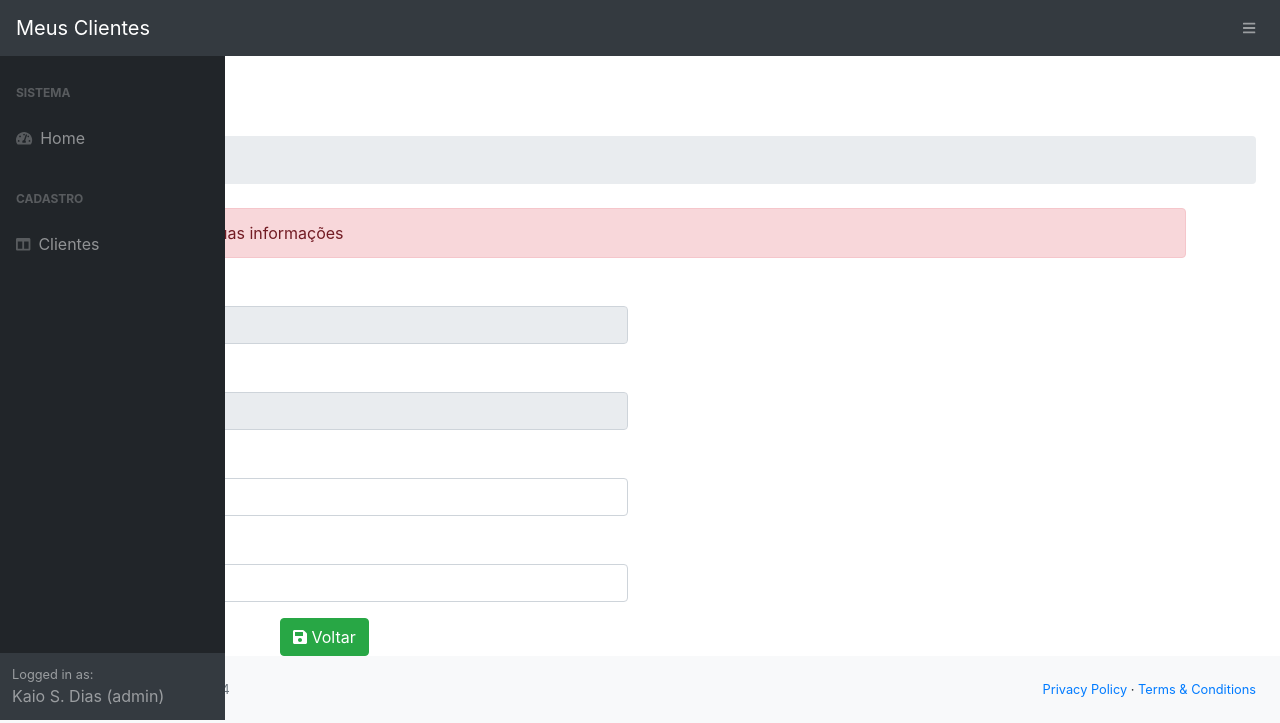
Repository: Kaio-Dias/Angular-Springboot
Page: /users-form (app in Frontend/clients-app/)
An editor plug-in stored every save of this project. The page is shown before and after the next save, followed by the edit.
The browser window is 1280 px wide. The pictures show the whole page.
Some web libraries are served in a nearby version. The project was rebuilt for these pictures with package versions that can differ from the ones it lists, and the page was loaded fresh each time. Also part of the build but not shown: Frontend/clients-app/angular.json, Frontend/clients-app/src/app/home/home.component.ts, Frontend/clients-app/src/app/users/users-list/users-list.component.ts.

Above is the page before, as saved 2024-07-09 12:09:57.

After the next save:
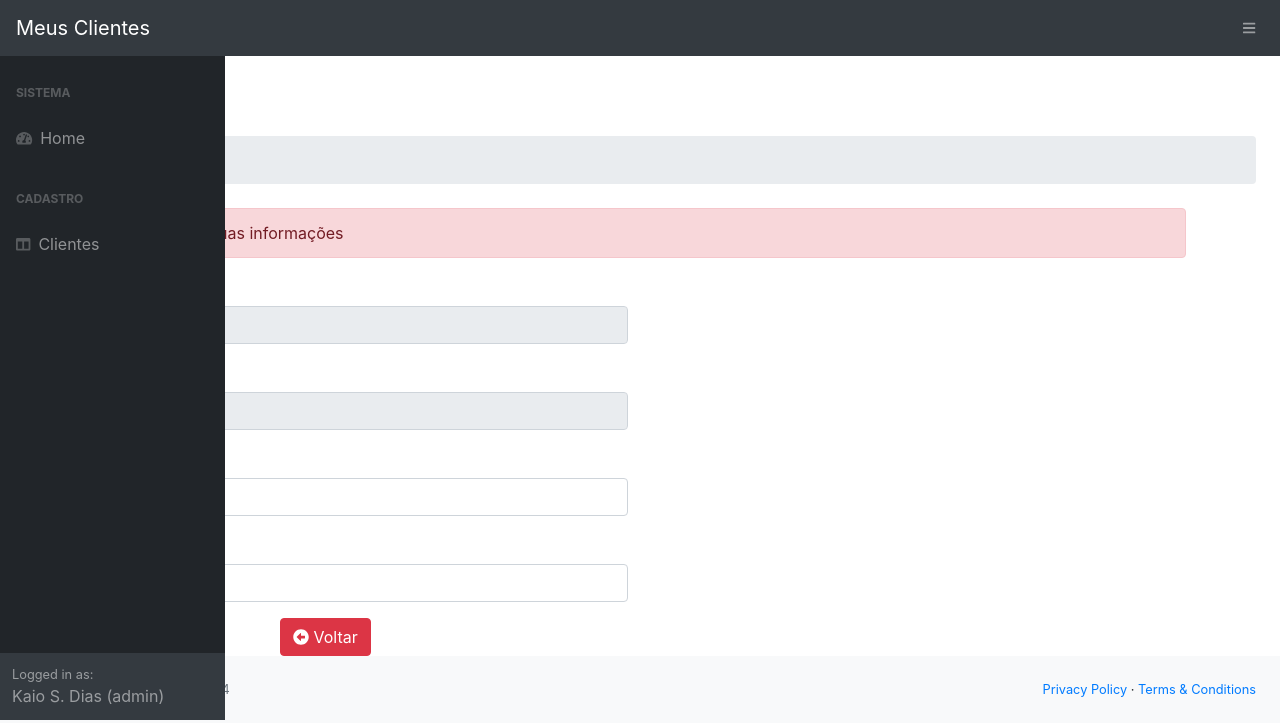
Saved 52 s later.
--- a/Frontend/clients-app/src/app/users/users-form/users-form.component.html
+++ b/Frontend/clients-app/src/app/users/users-form/users-form.component.html
@@ -58,8 +58,8 @@
                 </button>
             </div>
             <div class="col-md-2">
-                <button type="submit" class="btn btn-success">
-                    <i class="fa fa-save" ></i> Voltar
+                <button type="submit" class="btn btn-danger">
+                    <i class="fa fa-arrow-alt-circle-left" ></i> Voltar
                 </button>
             </div>
         </div>
